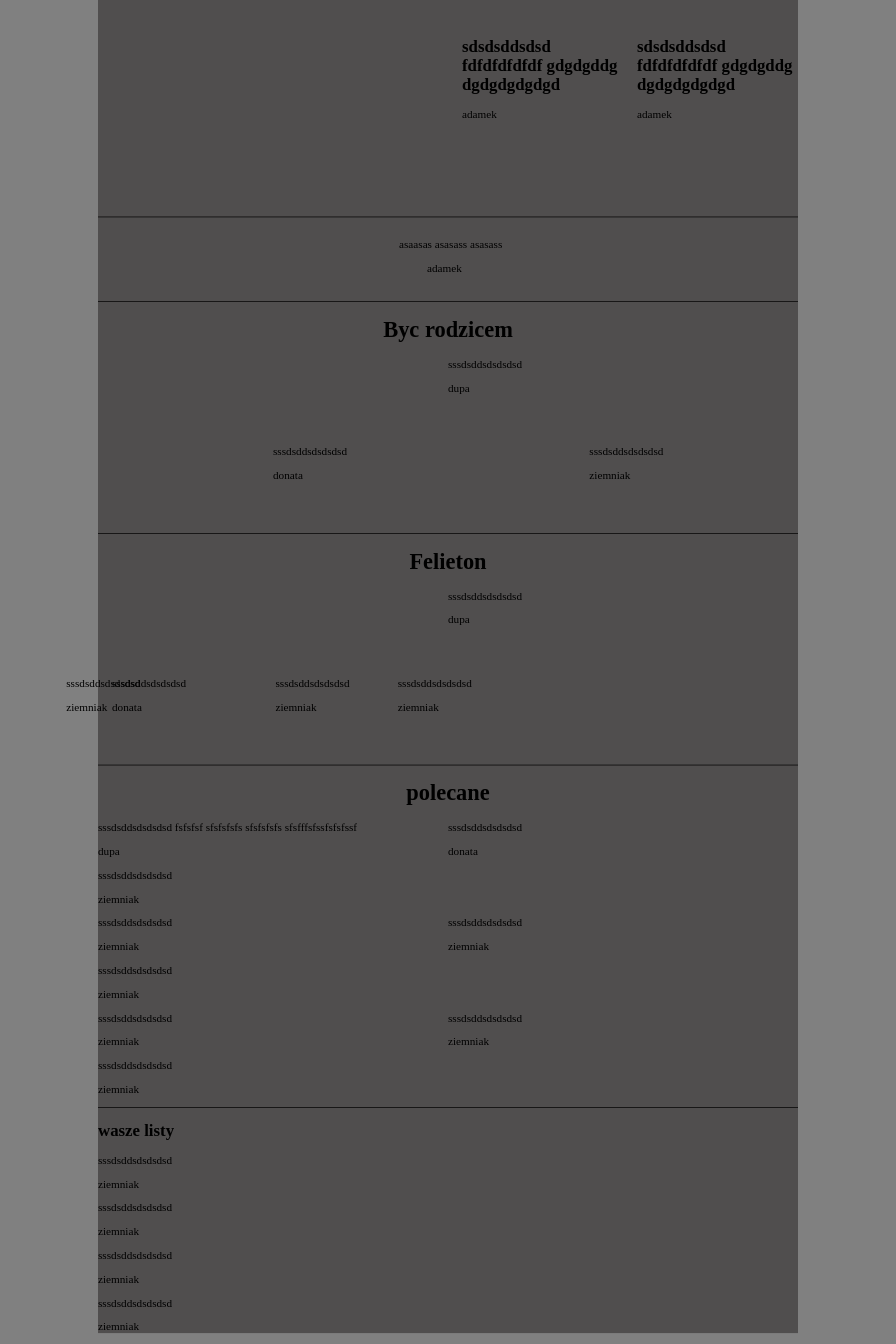
Repository: kq333/pitupitu.pl
Page: index.html
An editor plug-in stored every save of this project. The page is shown before and after the next save, followed by the edit.
The browser window is 1280 px wide. The pictures show the part of the page from y = 709 to 2629 px (the page is 2629 px tall), at 70% of full size.
The style sheet was rebuilt from its Sass, Less or Tailwind sources for each picture, by a compiler version that may differ from the author's.

Above is the page before, as saved 2020-11-04 11:33:03.

After the next save:
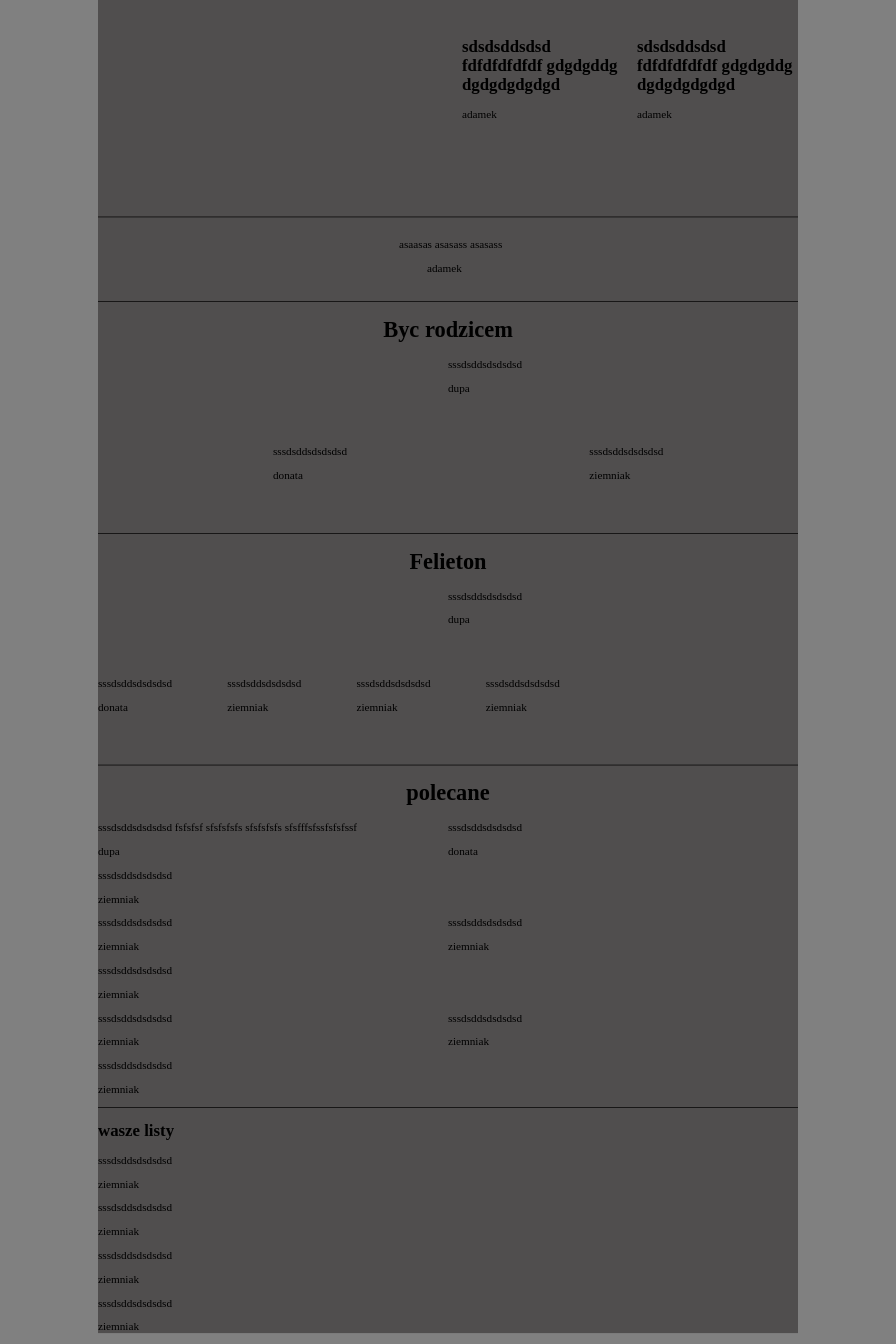
Saved 25 s later.
--- a/style/style.scss
+++ b/style/style.scss
@@ -128,20 +128,20 @@ body{
 
             }
     .art14{
-        margin-left: 20px;
+
 
      }
 
     .art15{
-        margin-left: -250px;
+
      }
 
      .art16{
-        margin-left: -30px;
+
      }
 
      .art17{
-        margin-left: -10px;
+
      }
 
     h1{
